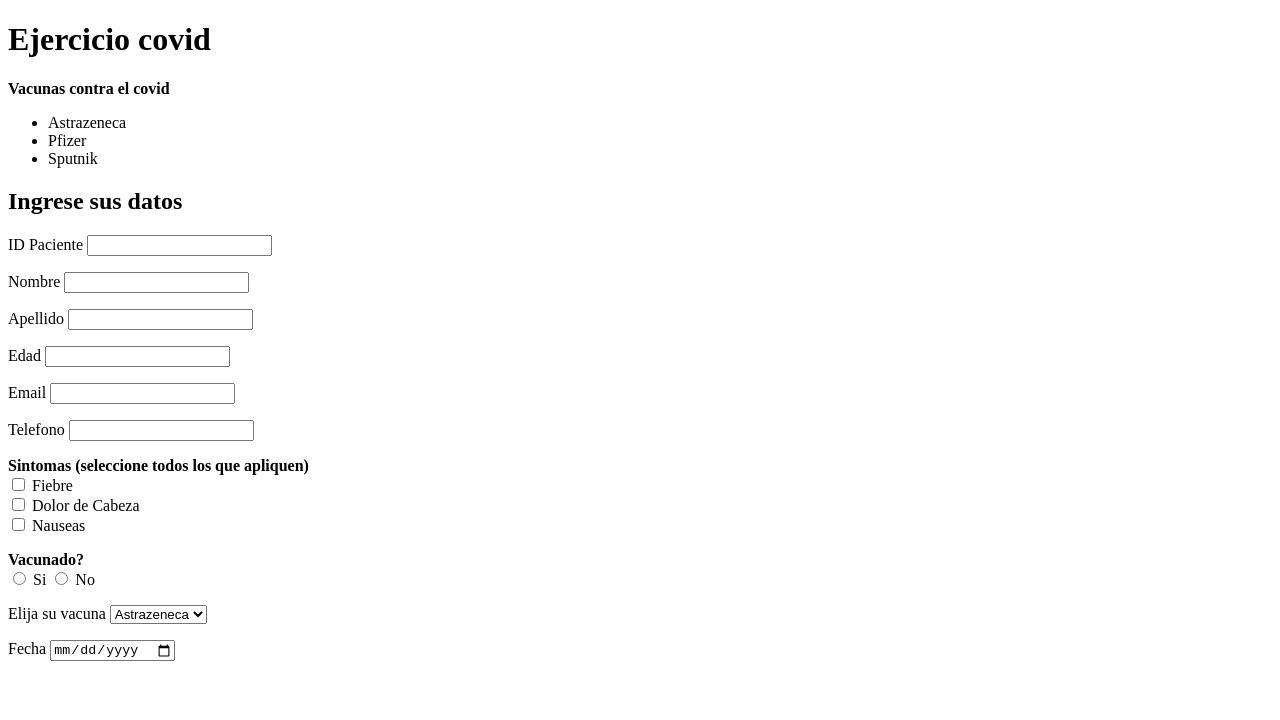
Repository: Divineridh/LPPAChallenges
Page: Trabajos en Clase/ejercicio forms covid/index.html
The author's editor kept a copy of each file at every save. The page is drawn from the files as they stood at one save, then again after the next save.
The browser window is 1280 px wide. The pictures show the whole page.

Above is the page before, as saved 2022-04-19 21:16:36.

### Trabajos en Clase/ejercicio forms covid/index.html
<!DOCTYPE html>
<html lang="en">
<head>
    <meta charset="UTF-8">
    <meta http-equiv="X-UA-Compatible" content="IE=edge">
    <meta name="viewport" content="width=device-width, initial-scale=1.0">
    <title>Formularios covid</title>
</head>
<body>
    <h1>Ejercicio covid</h1>
    <p><b>Vacunas contra el covid</b>
    <ul name="vacunaslist">
        <li name="vacuna1">Astrazeneca</li>
        <li>Pfizer</li>
        <li>Sputnik</li>
    </ul>
    </p>



    <h2>Ingrese sus datos</h2>
    <form>
        <p>
            <label for="idpaciente">ID Paciente</label>
            <input type="text" id="idpaciente" name="idpaciente"><br>
        </p>
        <p>
            <label for="nombre">Nombre</label>
            <input type="text" id="nombre" name="nombre">
        </p>
        <p>
            <label for="apellido">Apellido</label>
            <input type="text" id="apellido" name="apellido"><br>
        </p>
        <p>
            <label for="edad">Edad</label>
            <input type="text" id="edad" name="edad"><br>
        </p>
        <p>
            <label for="email">Email</label>
            <input type="text" id="email" name="email"><br>
        </p>
        <p>
            <label for="telefono">Telefono</label>
            <input type="text" id="telefono" name="telefono"><br>
        </p>
        <p>
            <b>Sintomas (seleccione todos los que apliquen)</b> <br>
            <input type="checkbox" id="fiebre" name="fiebre">
            <label for="fiebre">Fiebre</label> <br>
            <input type="checkbox" id="dolorcabeza" name="dolorcabeza">
            <label for="dolorcabeza">Dolor de Cabeza</label> <br>
            <input type="checkbox" id="nauseas" name="nauseas">
            <label for="nauseas">Nauseas</label>
        </p>
        <p>
            <b>Vacunado?</b> <br>
            <input type="radio" id="sivacuna" name="sivacuna">
            <label for="sivacuna">Si</label>
            <input type="radio" id="novacuna" name="novacuna">
            <label for="novacuna">No</label>
        </p>
        <p>Elija su vacuna
        <select name="vacunas">
            <option value="vacuna1">Astrazeneca</option>
            <option value="vacuna2">Pfizer</option>
            <option value="vacuna3">Sputnik</option>
        </select>
        <p>
            <label for="fecha">Fecha</label>
            <input type="date" id="fecha" name="fecha">
        </p>
    </form>
</body>
</html>

After the next save:
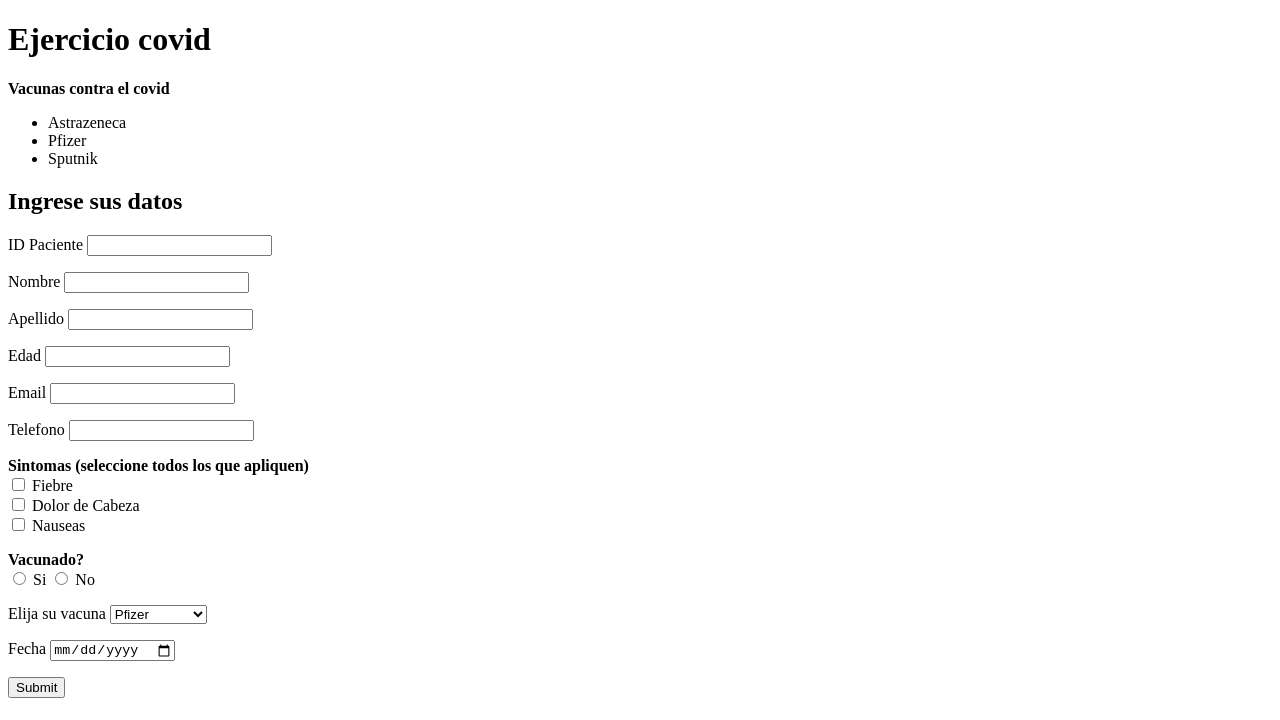
Saved 109 s later.
--- a/Trabajos en Clase/ejercicio forms covid/index.html
+++ b/Trabajos en Clase/ejercicio forms covid/index.html
@@ -63,13 +63,16 @@
         <p>Elija su vacuna
         <select name="vacunas">
             <option value="vacuna1">Astrazeneca</option>
-            <option value="vacuna2">Pfizer</option>
+            <option value="vacuna2" selected>Pfizer</option>
             <option value="vacuna3">Sputnik</option>
         </select>
         <p>
             <label for="fecha">Fecha</label>
             <input type="date" id="fecha" name="fecha">
         </p>
+        <div>
+            <input type="submit" id="submit" name="submit">
+        </div>
     </form>
 </body>
 </html>
